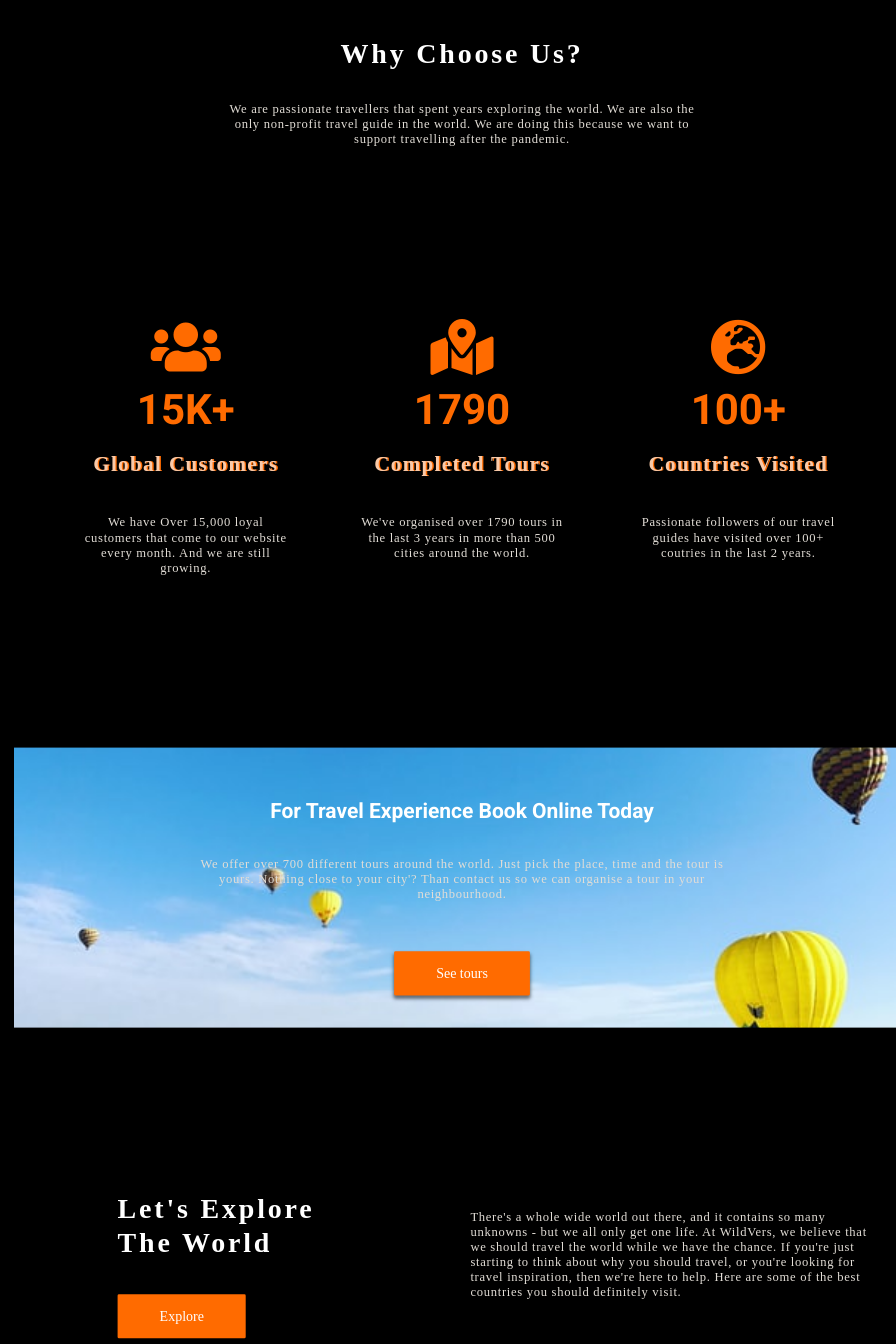
Repository: Hunga9k50doker/wildver-travel
Page: src/index.html
An editor plug-in stored every save of this project. The page is shown before and after the next save, followed by the edit.
The browser window is 1280 px wide. The pictures show the part of the page from y = 4580 to 6500 px (the page is 6682 px tall before and 6458 px after), at 70% of full size.
Some web fonts or font styles are not loaded; a fallback is used. The style sheet was rebuilt from its Sass, Less or Tailwind sources for each picture, by a compiler version that may differ from the author's.

Above is the page before, as saved 2021-08-28 20:32:19.

After the next save:
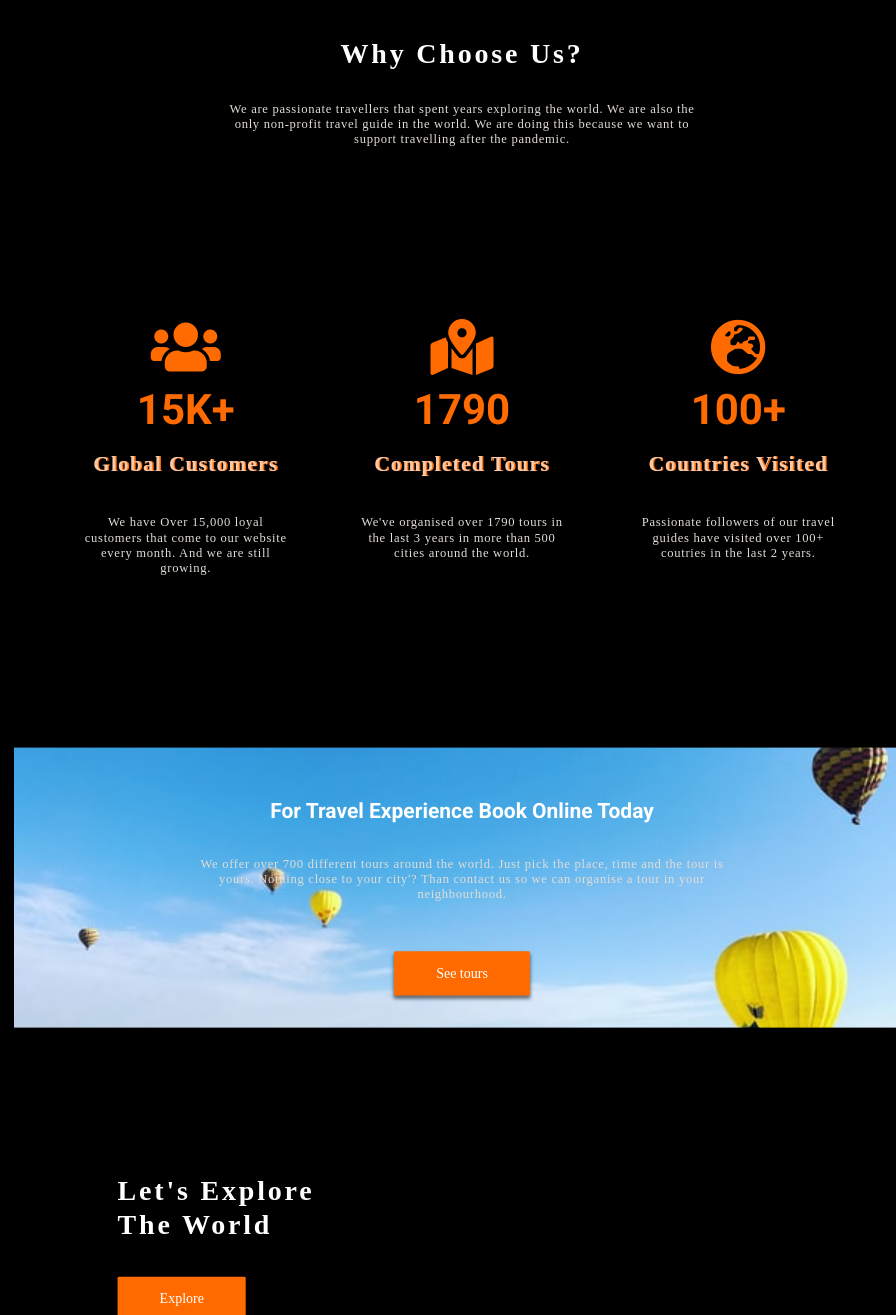
Saved 17 s later.
--- a/src/index.html
+++ b/src/index.html
@@ -300,13 +300,7 @@
                                     </div>
                                 </section>
                                 <section class="col l-6">
-                                        <p class="container_list-item-text">There's a whole wide world out there, and it contains so many
-                                            unknowns - but we all only get one life. At WildVers, we believe that we
-                                            should travel the world while we have the chance.
-                                            If you're just starting to think about why you should travel, or you're
-                                            looking for travel inspiration, then we're here to help. Here are some of
-                                            the best countries you should definitely visit.
-                                        </p>
+
                                 </section>
                         </section>
                     </li>
